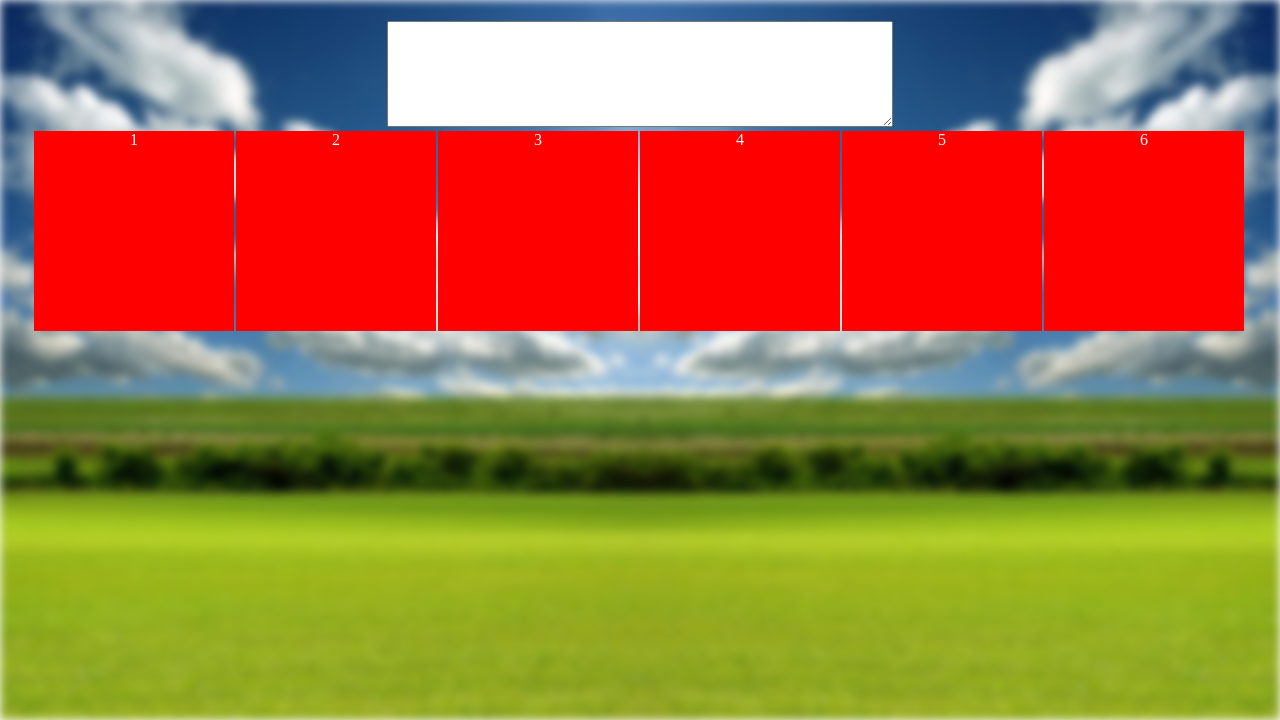
Repository: RyoTTa/4-1-Web-Programming
Page: SoloProject/Project/WebContent/index.html
The author's editor kept a copy of each file at every save. The page is drawn from the files as they stood at one save, then again after the next save.
The browser window is 1280 px wide. The pictures show the whole page.
The page's requests for data from a server got no answer.

Above is the page before, as saved 2020-05-05 14:53:30.

### SoloProject/Project/WebContent/index.html
<!DOCTYPE html>
<html>
<head>
	<meta charset="UTF-8">
	<script src="https://ajax.googleapis.com/ajax/libs/jquery/3.4.1/jquery.min.js"></script>
	<link type="text/css" rel="stylesheet" href="background.css"></link>
	<title>Insert title here</title>
</head>
<body>
	<div>
		<center>
			<div><h2 id="current_time" ></h2></div>
			<div><h1 id="current_temp"></h1></div>
			<div><h1 id="current_weather"></h1></div>
			<div><textarea id="chatLog" class="contents" readonly style="width:500px; height:100px"></textarea></div>
		</center>
	</div>
	<div class="forecast_layer_outter">
		<div class="forecast_layer_inner">
			<div class="forecast_contents">
				<div class="box">
				1
				</div>
				<div class="box">
				2
				</div>
				<div class="box">
				3
				</div>
				<div class="box">
				4
				</div>
				<div class="box">
				5
				</div>
				<div class="box">
				6
				</div>
			</div>
		</div>
	</div>






   	<!----script 부분---->
	<script>
		function parseWeather(){
			forecast_loadJSON(function(response){
				var jsonData = JSON.parse(response);
				var date = new Date(jsonData["list"][0]["dt_txt"]);
				date.setHours(date.getHours()+9)
				for(i = 0; i<7 ;i++){
					$("#chatLog").append("도시 : " + jsonData.city.name + "\n"
							+ "기온 : " + (jsonData["list"][i]["main"]["temp"] - 273.15) + "\n"
							+ "시간 : " + date + "\n"
							+ "날씨 : " + jsonData["list"][i]["weather"][0]["main"] + "\n\n\n");
					date.setHours(date.getHours()+3)
				}

			});

			weather_loadJSON(function(response){
				var jsonData = JSON.parse(response);
				var date = new Date();
				$("#current_time").text(date);
				$("#current_temp").text((jsonData["main"]["temp"] - 273.15)+"°C");
				$("#current_weather").text(jsonData["weather"][0]["main"]);
				$("#chatLog").append("도시 : " + jsonData.name + "\n"
						+ "기온 : " + (jsonData["main"]["temp"] - 273.15) + "\n"
						+ "날씨 : " + jsonData["weather"][0]["main"] + "\n\n\n");
			});
		}
		function forecast_loadJSON(callback){
			var apiURL ="http://api.openweathermap.org/data/2.5/forecast?q=Daegu,KR&cnt=7&appid=dc8d5f394054b66bd905f0d24fc95a3d "
			var request = new XMLHttpRequest();
			request.overrideMimeType("application/json");
			request.open('GET',apiURL, true);

			request.onreadystatechange = function(){
				if(request.readyState == 4 && request.status =="200"){
					callback(request.responseText);
				}
			};
			request.send(null);
		}

		function weather_loadJSON(callback){
			var apiURL ="http://api.openweathermap.org/data/2.5/weather?q=Daegu,KR&appid=dc8d5f394054b66bd905f0d24fc95a3d "
			var request = new XMLHttpRequest();
			request.overrideMimeType("application/json");
			request.open('GET',apiURL, true);

			request.onreadystatechange = function(){
				if(request.readyState == 4 && request.status =="200"){
					callback(request.responseText);
				}
			};
			request.send(null);
		}
		window.onload = function(){
			parseWeather();
		}

	</script>

</body>
</html>

### SoloProject/Project/WebContent/background.css
body::before {
	position: fixed;
	top: 0;
	left: 0;
	right: 0;
	bottom: 0;
	background-image: url("./background/clean.jpg");
	background-size: cover;
	-webkit-filter: blur(5px);
	-moz-filter: blur(5px);
	-o-filter: blur(5px);
	-ms-filter: blur(5px);
	filter: blur(5px);
	z-index: -1;
	content: "";
}

.forecast_layer_outter{
	display : table;
	width : 100%;
	height : 100%;
}
.forecast_layer_inner{
	display : table-cell;
	text-align: center;
	vertical-align:middle;
}
.forecast_contents{
	display : inline-block;
	color : #fff;
}
.box{
	width : 200px;
	height : 200px;
	background: #f00;
	color: #fff;
	text-align:center;
	float:left;
	margin-right:2px;
}

After the next save:
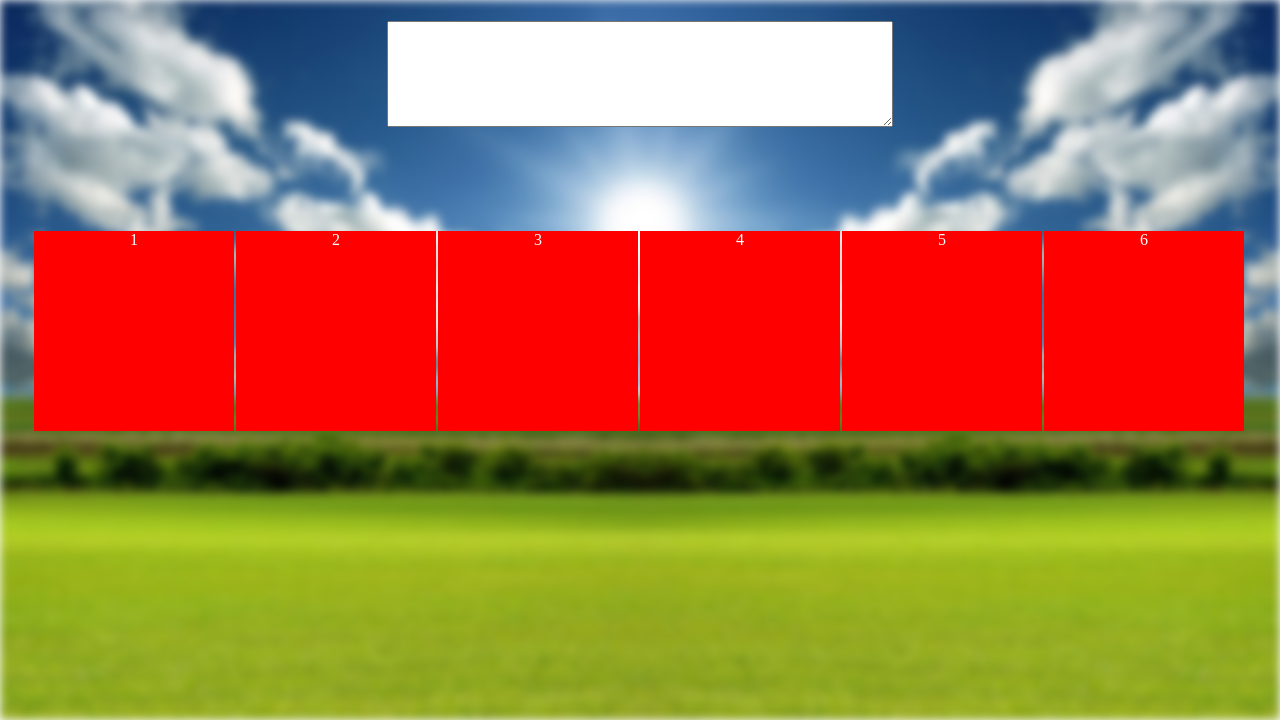
Saved 31 s later.
--- a/SoloProject/Project/WebContent/background.css
+++ b/SoloProject/Project/WebContent/background.css
@@ -16,6 +16,7 @@ body::before {
 }
 
 .forecast_layer_outter{
+	margin-top:100px;
 	display : table;
 	width : 100%;
 	height : 100%;
